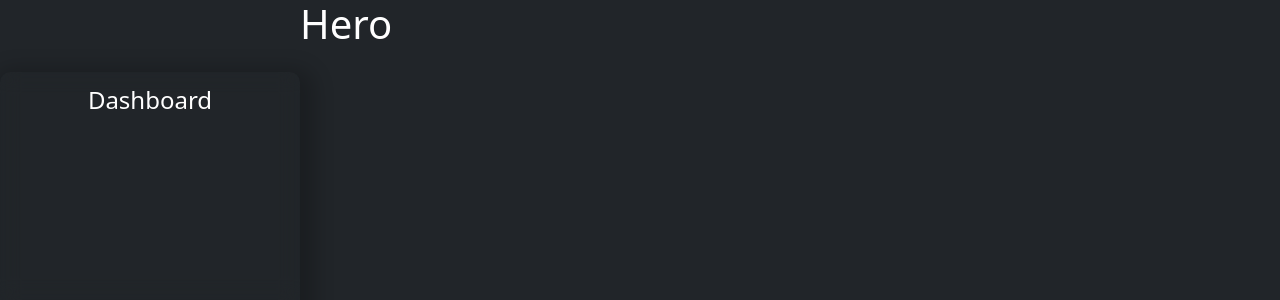
Repository: iamevs/Employee-Management-System
Page: / (app in client/)
These files come from the project's save history. The page is drawn as it stood at one moment and after the next save; the edit follows.
The browser window is 1280 px wide. The pictures show the whole page.
The project was rebuilt for these pictures with package versions that can differ from the ones it lists, and the page was loaded fresh each time. Also part of the build but not shown: client/vite.config.js, client/src/App.css, client/src/components/Home.jsx, client/src/components/Register.jsx, client/src/components/Edit.jsx. Imported but missing from the stored project, and not drawn on this page: client/src/components/Details.

Above is the page before, as saved 2022-11-29 01:39:55.

After the next save:
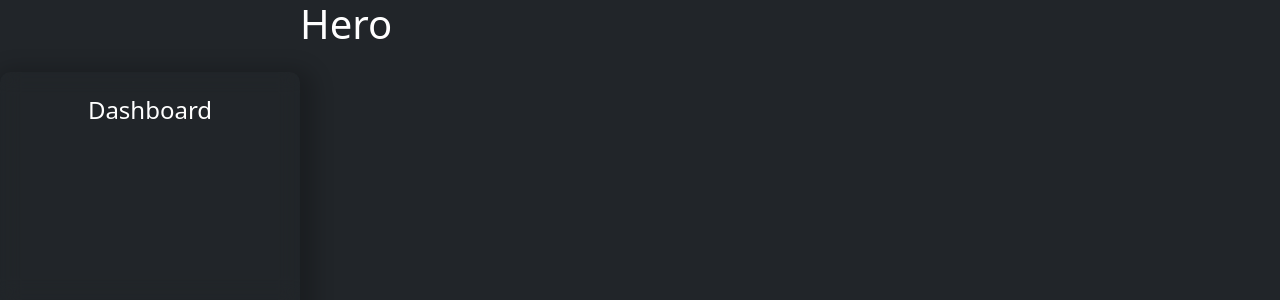
Saved 6 s later.
--- a/client/src/components/Navbar.jsx
+++ b/client/src/components/Navbar.jsx
@@ -58,7 +58,7 @@ const Navbar = () => {
             <Box sx={{
                 fontSize: "1.5rem",
                 borderRadius: "10px",
-                marginTop: "10px",
+                marginTop: "20px",
             }}>
                 Dashboard
             </Box>
